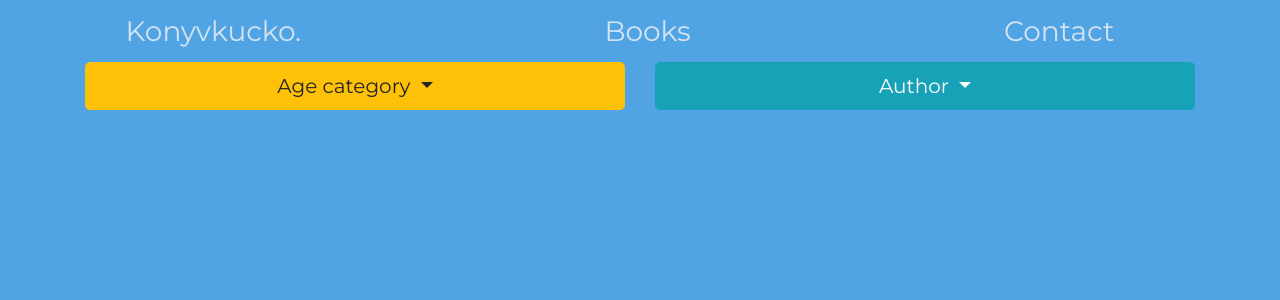
Repository: taikatta/Konyvkucko
Page: books.html
The author's editor kept a record of every edit. The page is drawn from the files as they stood at one moment, then again after the next edit.
The browser window is 1280 px wide. The pictures show the whole page.

Above is the page before.

After the next edit:
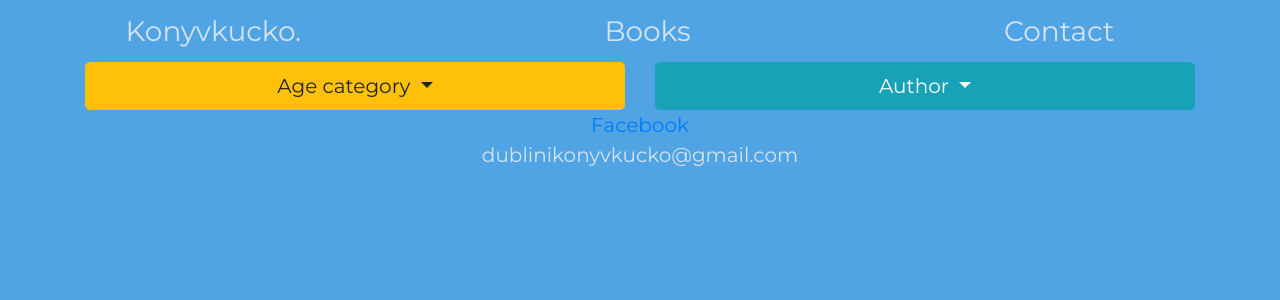
The edit:
--- a/books.html
+++ b/books.html
@@ -97,6 +97,12 @@
 
     </section>
     <footer>
+        <div>
+            <a href="https://www.facebook.com/konyvkucko/" target="_blank" style="text-decoration: none">
+                <span>Facebook</span></a>
+            <br>
+            <span>dublinikonyvkucko@gmail.com</span>
+        </div>
     </footer>
 
     <script src="https://code.jquery.com/jquery-3.3.1.slim.min.js" integrity="sha384-q8i/X+965DzO0rT7abK41JStQIAqVgRVzpbzo5smXKp4YfRvH+8abtTE1Pi6jizo" crossorigin="anonymous"></script>
